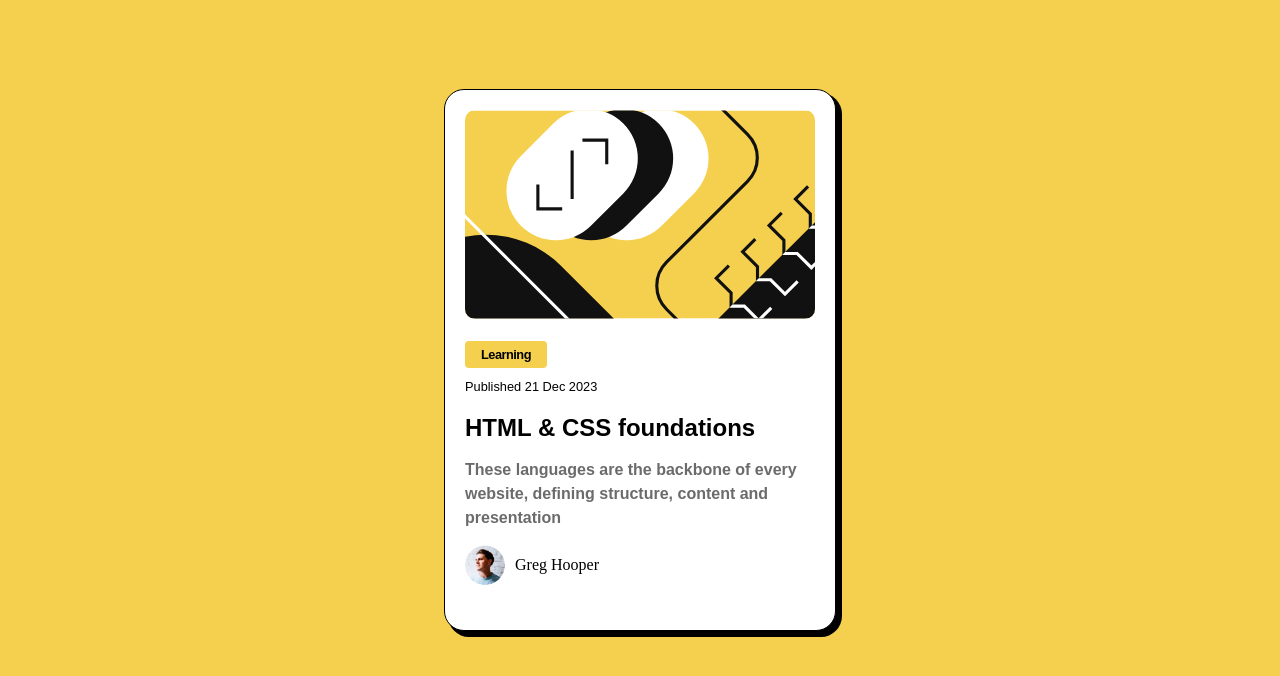
Repository: brandontaylor1/blogpreviewcard
Page: index.html
These files come from the project's save history. The page is drawn as it stood at one moment and after the next save; the edit follows.
The browser window is 1280 px wide. The pictures show the whole page.

Above is the page before, as saved 2024-12-25 12:19:45.

After the next save:
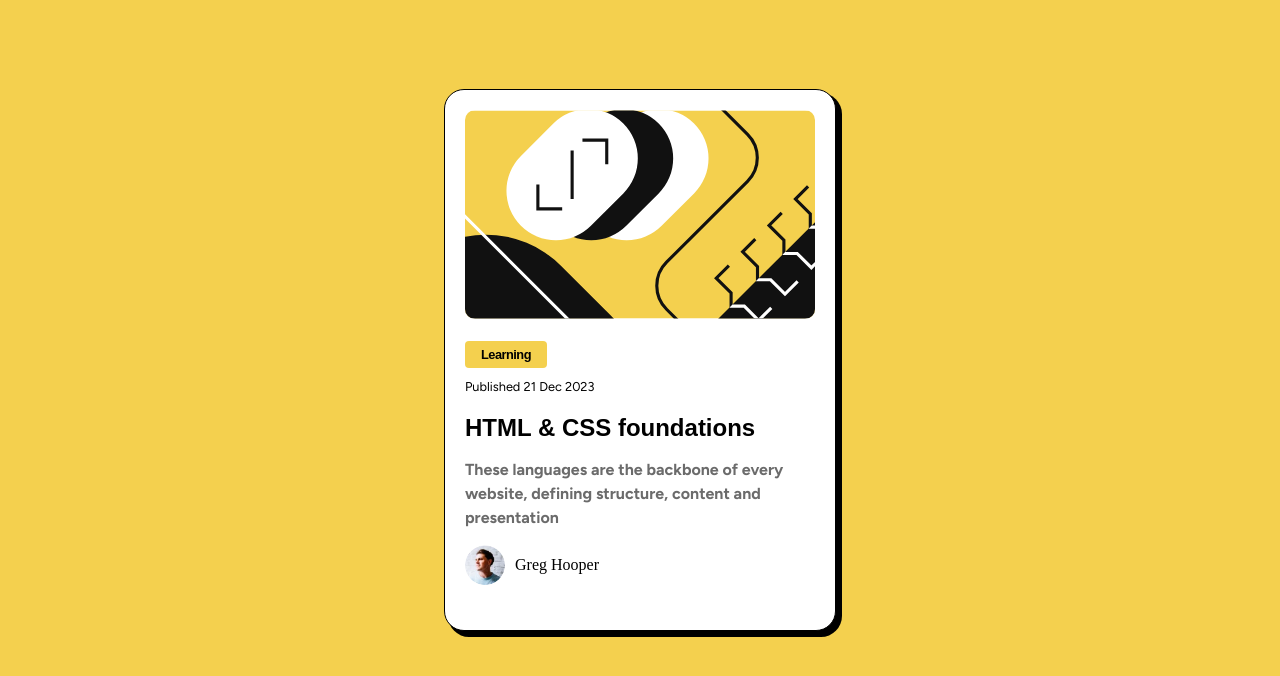
Saved 47 s later.
--- a/index.css
+++ b/index.css
@@ -7,7 +7,7 @@
 
     --main-font-size: 16px;
 
-    --main-font-url: "Figtree-Regular", sans-serif;
+    --main-font-url: "Figtree", sans-serif;
     --main-font-bold-url: "Figtree-ExtraBold", sans-serif;
     --main-font-weight-reg: 500;
     --main-font-weight-bold: 900;
